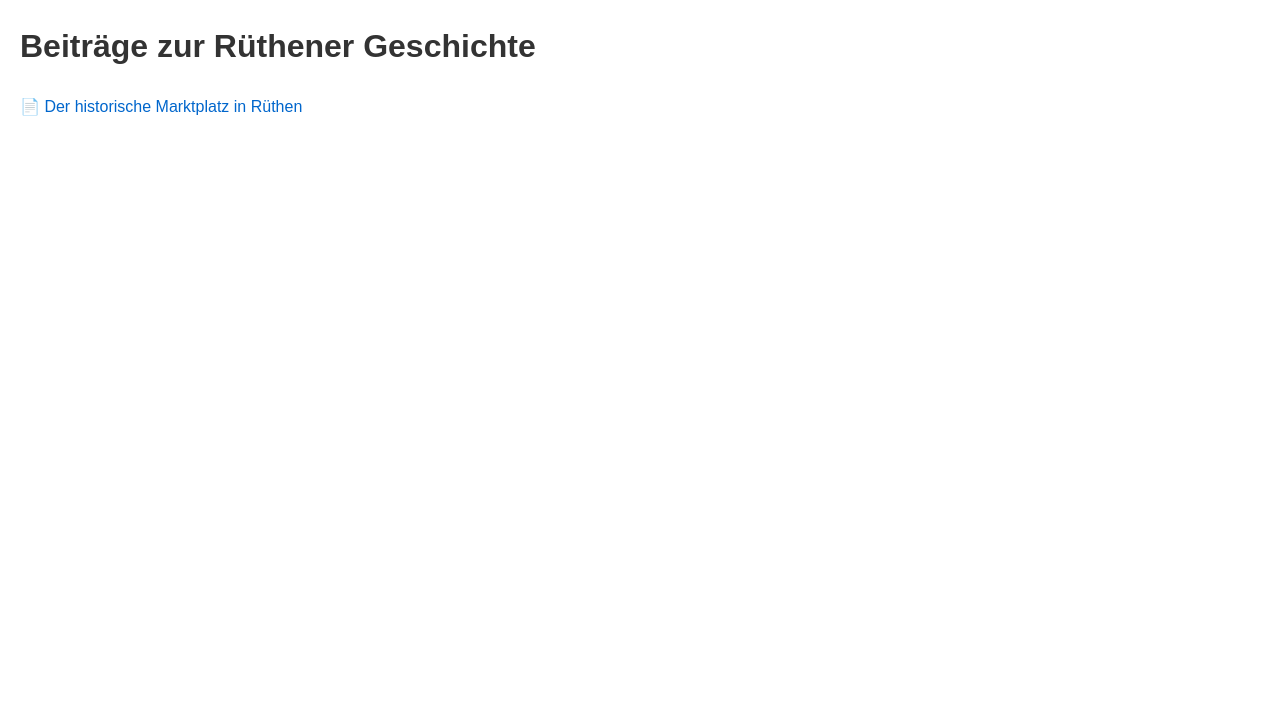
Repository: h-fahle/h-fahle.github.io
Page: geschichte/index.html
These files come from the project's save history. The page is drawn as it stood at one moment and after the next save; the edit follows.
The browser window is 1280 px wide. The pictures show the whole page.

Above is the page before, as saved 2026-05-24 11:04:29.

### geschichte/index.html
<!DOCTYPE html>
<html lang="de">
<head>
    <meta charset="UTF-8">
    <meta name="viewport" content="width=device-width, initial-scale=1.0">
    <title>Beiträge zur Rüthener Geschichte</title>
    <style>
        body { font-family: Arial, sans-serif; line-height: 1.6; margin: 20px; }
        h1 { color: #333; }
        ul { list-style-type: none; padding: 0; }
        li { margin-bottom: 10px; }
        a { text-decoration: none; color: #0066cc; }
        a:hover { text-decoration: underline; }
    </style>
</head>
<body>
    <h1>Beiträge zur Rüthener Geschichte</h1>
    <ul>
        <li><a href="historischer_marktplatz_rüthen.pdf">📄 Der historische Marktplatz in Rüthen</a></li>
    </ul>
</body>
</html>

After the next save:
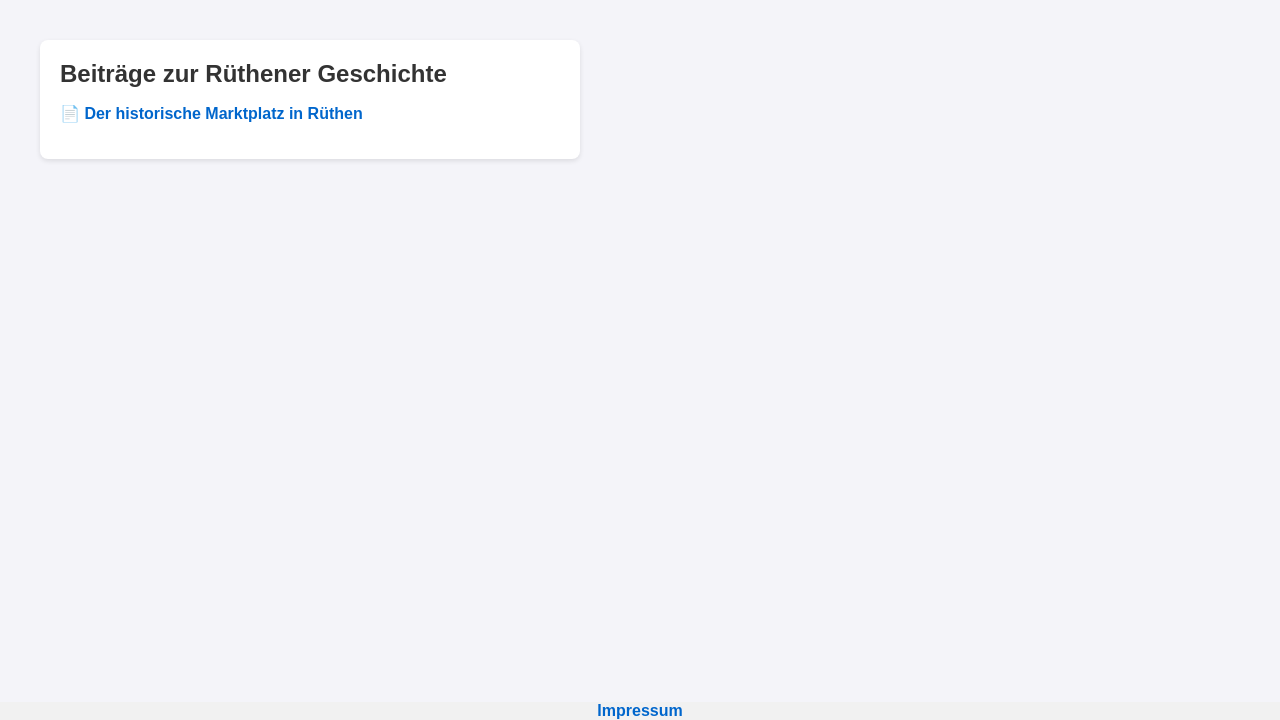
Saved 13 min 23 s later.
--- a/geschichte/index.html
+++ b/geschichte/index.html
@@ -3,20 +3,63 @@
 <head>
     <meta charset="UTF-8">
     <meta name="viewport" content="width=device-width, initial-scale=1.0">
-    <title>Beiträge zur Rüthener Geschichte</title>
+    <title>Dokumentenübersicht</title>
     <style>
-        body { font-family: Arial, sans-serif; line-height: 1.6; margin: 20px; }
-        h1 { color: #333; }
-        ul { list-style-type: none; padding: 0; }
-        li { margin-bottom: 10px; }
-        a { text-decoration: none; color: #0066cc; }
-        a:hover { text-decoration: underline; }
+        body {
+            margin: 0;
+            font-family: Arial, sans-serif;
+            display: flex;
+            flex-direction: column;
+            min-height: 100vh;
+            background-color: #f4f4f9;
+            color: #333;
+        }
+        footer {
+            margin-top: auto; /* Drückt den Footer an den unteren Rand */
+            background-color: #f1f1f1;
+            text-align: center;
+        }
+        .container {
+            background: #fff;
+            margin: 40px;
+            padding: 20px;
+            border-radius: 8px;
+            max-width: 500px;
+            box-shadow: 0 2px 5px rgba(0,0,0,0.1);
+        }
+        h1 {
+            font-size: 1.5em;
+            margin-top: 0;
+        }
+        ul {
+            list-style-type: none;
+            padding: 0;
+        }
+        li {
+            margin: 15px 0;
+        }
+        a {
+            text-decoration: none;
+            color: #0066cc;
+            font-weight: bold;
+        }
+        a:hover {
+            text-decoration: underline;
+        }
     </style>
 </head>
 <body>
-    <h1>Beiträge zur Rüthener Geschichte</h1>
-    <ul>
-        <li><a href="historischer_marktplatz_rüthen.pdf">📄 Der historische Marktplatz in Rüthen</a></li>
-    </ul>
+
+    <div class="container">
+        <h1>Beiträge zur Rüthener Geschichte</h1>
+        <ul>
+            <li><a href="historischer_marktplatz_rüthen.pdf">📄 Der historische Marktplatz in Rüthen</a></li>
+        </ul>
+    </div>
+
+    <footer>
+        <a href="impressum.html">Impressum</a>
+    </footer>
+
 </body>
 </html>
